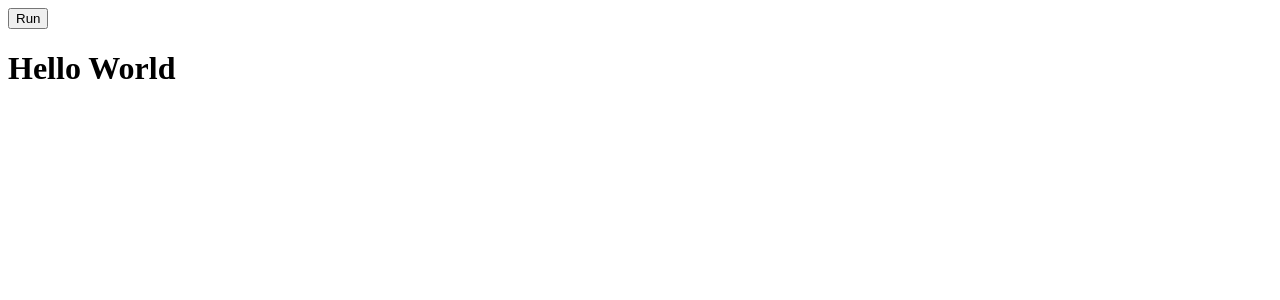
Repository: SarahG4000/workshop-cookies
Page: http://localhost/index.php
The author's editor kept a copy of each file at every save. The page is drawn from the files as they stood at one save, then again after the next save.
The browser window is 1280 px wide. The pictures show the whole page.
The page is run by PHP 8.4 with error messages shown; the project is at /var/www/html/.

Above is the page before, as saved 2020-09-01 23:42:21.

After the next save:
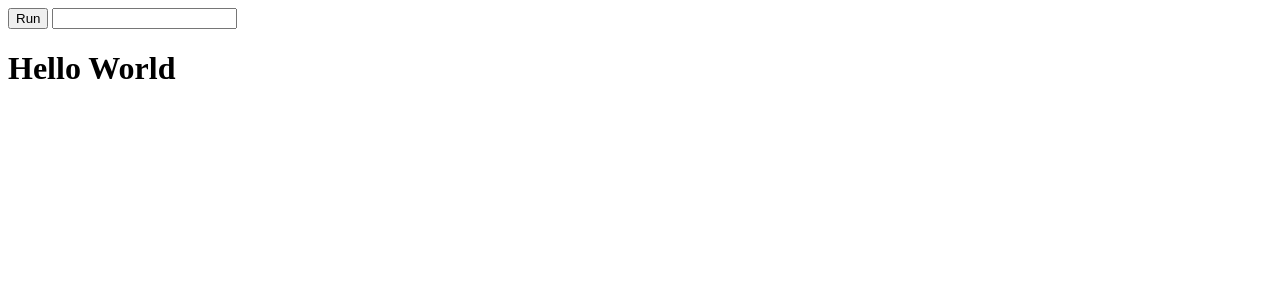
Saved 9 s later.
--- a/src/index.php
+++ b/src/index.php
@@ -14,6 +14,9 @@ include './php/cookies.php'; ?>
     <div id="app">
         <button id="run">Run</button>
 
+        <input type="text" />
+
+
         <?php HelloWorld(); ?>
     </div>
     <script src="./javasscript/cookies.js"></script>
